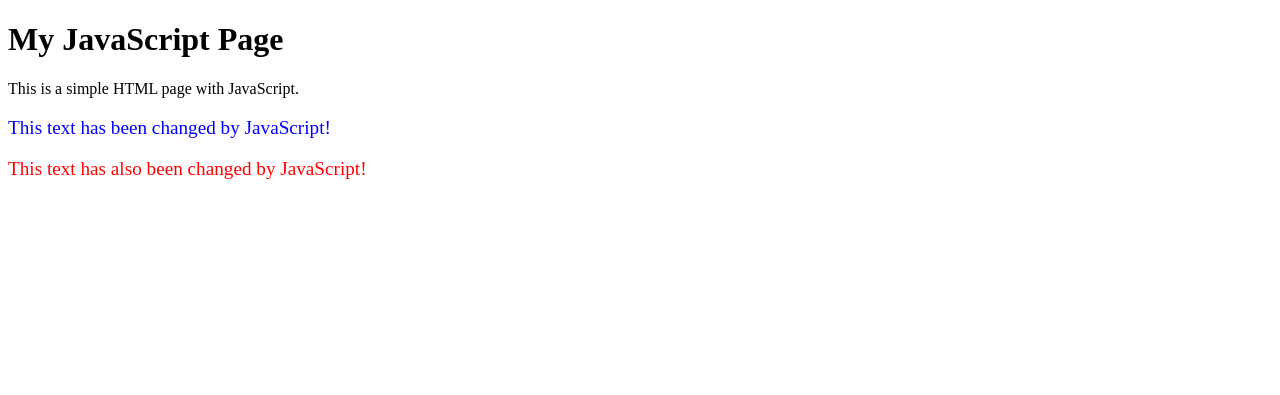
Repository: ruzni-dev/My-Practice
Page: 11.1-javaScript/index.html
These files come from the project's save history. The page is drawn as it stood at one moment and after the next save; the edit follows.
The browser window is 1280 px wide. The pictures show the whole page.

Above is the page before, as saved 2026-06-09 18:52:51.

### 11.1-javaScript/index.html
<!DOCTYPE html>
<html lang="en">
<head>
    <meta charset="UTF-8">
    <meta name="viewport" content="width=device-width, initial-scale=1.0">
    <title>Document</title>
</head>
<body>
    <h1>My JavaScript Page</h1>
    <p>This is a simple HTML page with JavaScript.</p>
    <p class="class-1">Open the console to see the message from JavaScript.</p>
    <p id="paragraph-2">This is another paragraph.</p>

    <script>
        // This is a JavaScript comment
        console.log("Hello, World!");
        // You can also manipulate the DOM
        const element = document.querySelector('.class-1');
        element.style.color = "blue";
        element.style.fontSize = "1.2em";
        element.textContent = "This text has been changed by JavaScript!";
        document.getElementById('paragraph-2').style.color = "red";
        document.getElementById('paragraph-2').style.fontSize = "1.2em";
        document.getElementById('paragraph-2').textContent = "This text has also been changed by JavaScript!";
    </script>
</body>
</html>

After the next save:
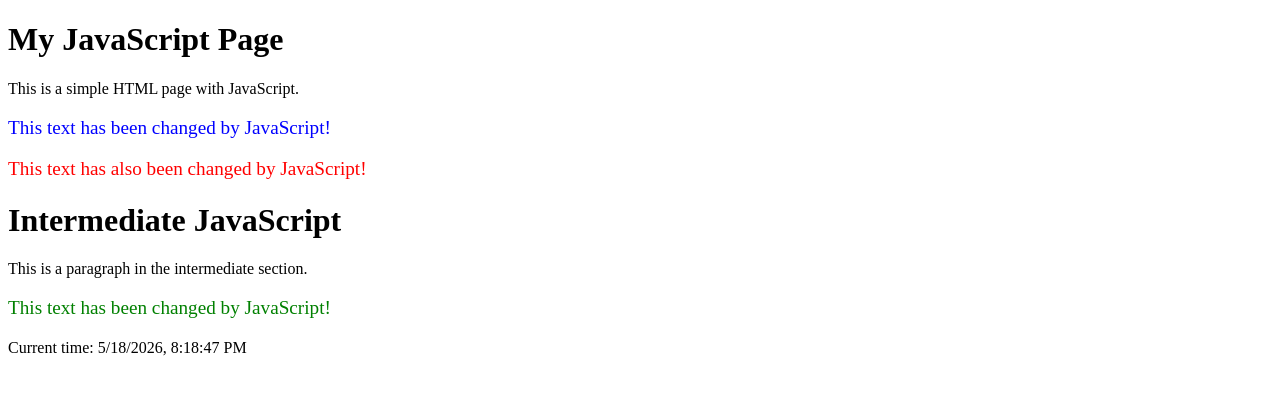
Saved 12 min 28 s later.
--- a/11.1-javaScript/index.html
+++ b/11.1-javaScript/index.html
@@ -11,6 +11,11 @@
     <p class="class-1">Open the console to see the message from JavaScript.</p>
     <p id="paragraph-2">This is another paragraph.</p>
 
+    <h1>Intermediate JavaScript</h1>
+    <p>This is a paragraph in the intermediate section.</p>
+    <p id="paragraph-3">This is a third paragraph.</p>
+    <p id="time"></p>
+
     <script>
         // This is a JavaScript comment
         console.log("Hello, World!");
@@ -22,6 +27,12 @@
         document.getElementById('paragraph-2').style.color = "red";
         document.getElementById('paragraph-2').style.fontSize = "1.2em";
         document.getElementById('paragraph-2').textContent = "This text has also been changed by JavaScript!";
+        document.getElementById('paragraph-3').style.color = "green";
+        document.getElementById('paragraph-3').style.fontSize = "1.2em";
+        document.getElementById('paragraph-3').textContent = "This text has been changed by JavaScript!";
+        // Display the current time
+        const now = new Date();
+        document.getElementById('time').textContent = `Current time: ${now.toLocaleString()}`;
     </script>
 </body>
 </html>
